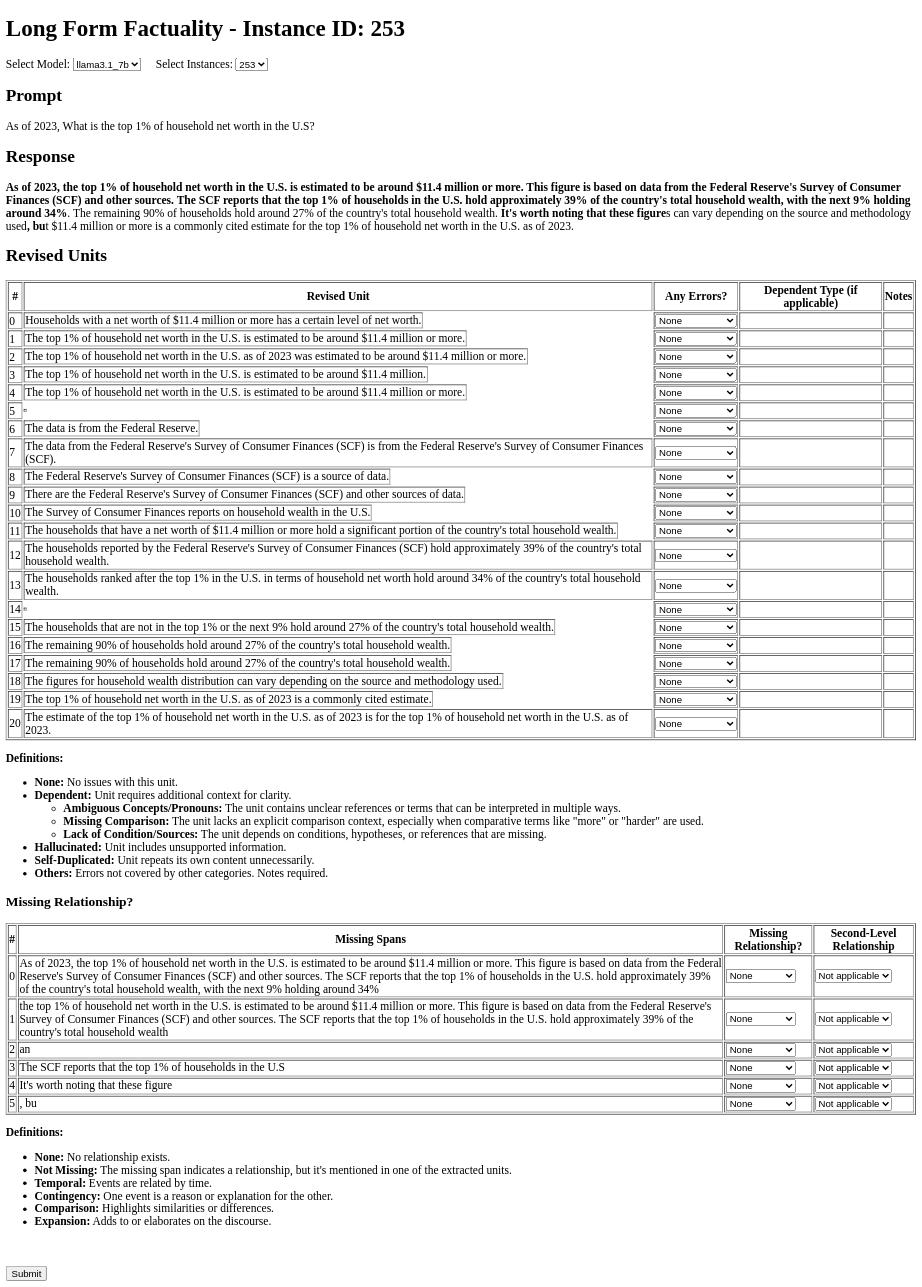
Repository: ShezaMunir/llm_annotation
Page: http://localhost/display/llama3.1_7b/253
The author's editor kept a copy of each file at every save. The page is drawn from the files as they stood at one save, then again after the next save.
The browser window is 1280 px wide. The pictures show the whole page, at 72% of full size.
The page is served by the project's application, run on Flask 3 (app.py).

Above is the page before, as saved 2025-01-09 20:21:55.

After the next save:
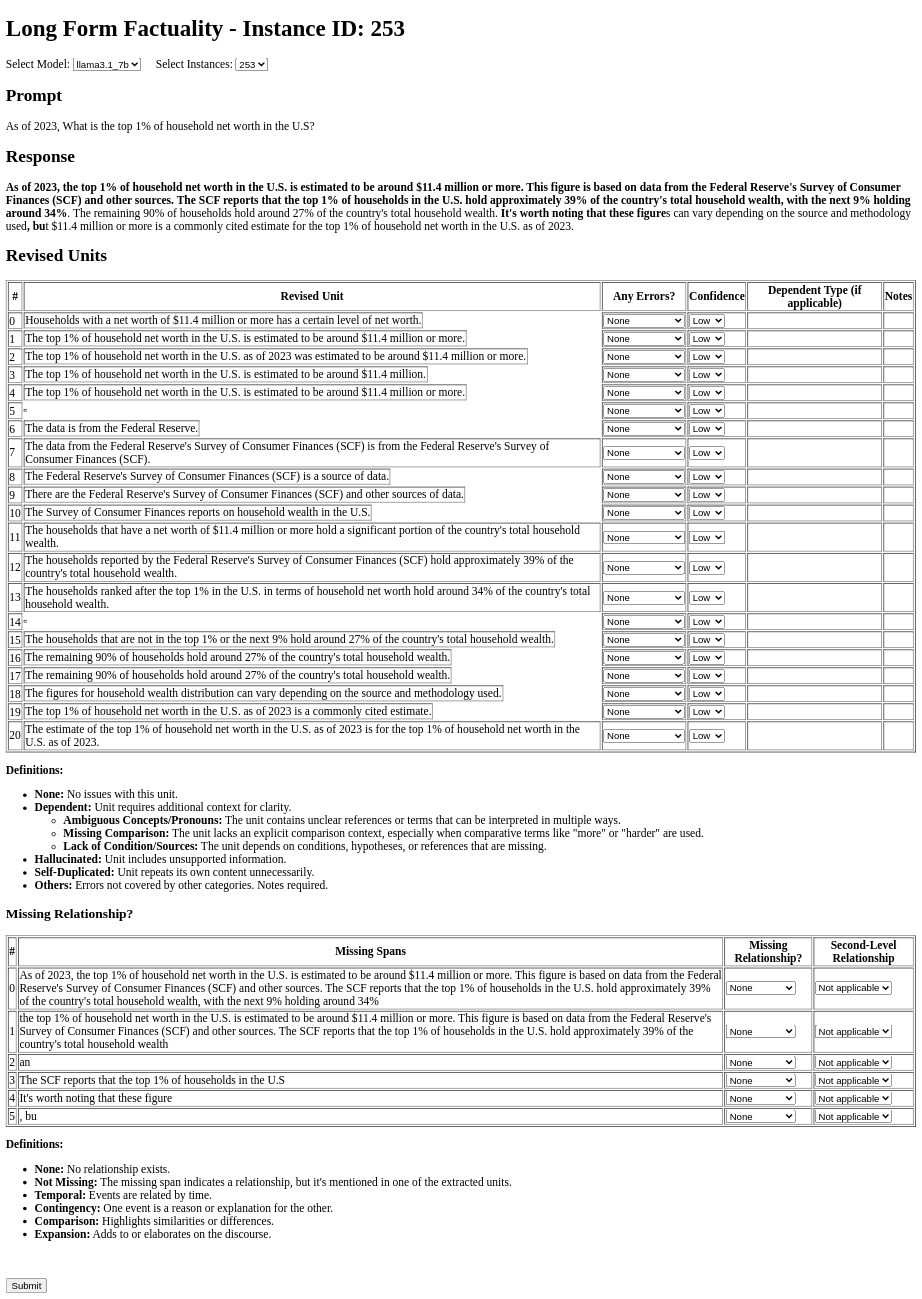
Saved 3 min 19 s later.
--- a/3rd_round_long_form_factuality_annotation/templates/display.html
+++ b/3rd_round_long_form_factuality_annotation/templates/display.html
@@ -88,11 +88,13 @@
             <input type="hidden" id="model_name" name="model_name" value="{{ model_name }}">
 
             <!-- Table for Revised Units -->
+            <!-- Add a "Confidence" column -->
             <table border="1">
                 <tr>
                     <th>#</th>
                     <th>Revised Unit</th>
                     <th>Any Errors?</th>
+                    <th>Confidence</th> <!-- New column -->
                     <th>Dependent Type (if applicable)</th>
                     <th>Notes</th>
                 </tr>
@@ -111,6 +113,13 @@
                                 <option value="hallucinated" title="The unit contains information not supported by the response.">Hallucinated</option>
                                 <option value="self—duplicated" title="The unit repeats information from another part of the text within itself.">Self-Duplicated</option>
                                 <option value="others" title="Other errors that do not fit into the above categories. Please write notes for details.">Others</option>
+                            </select>
+                        </td>
+                        <!-- New Confidence Dropdown -->
+                        <td>
+                            <select name="confidence{{ loop.index0 }}" required>
+                                <option value="low" selected>Low</option>
+                                <option value="high">High</option>
                             </select>
                         </td>
                         <td>
